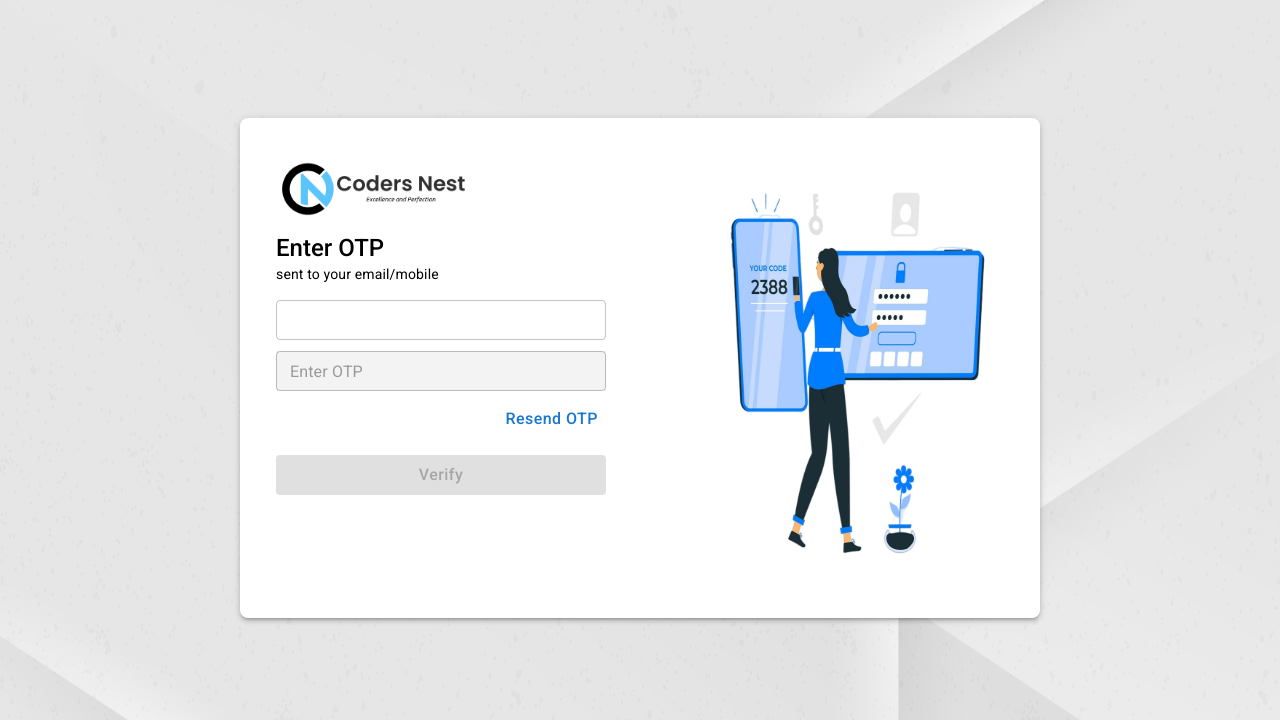
Repository: wajahadalishaik04/CN_Books
Page: /otpscreen
An editor plug-in stored every save of this project. The page is shown before and after the next save, followed by the edit.
The browser window is 1280 px wide. The pictures show the whole page.
The project was rebuilt for these pictures with package versions that can differ from the ones it lists, and the page was loaded fresh each time. Also part of the build but not shown: vite.config.js, src/pages/LoginScreen.jsx, src/pages/Signin.jsx, src/pages/SignUp.jsx, src/pages/VerifyScreen.jsx, src/components/Header.jsx, src/components/SideBar.jsx, src/components/Content.jsx and 7 more.

Above is the page before, as saved 2024-09-30 17:09:36.

### index.html
<!DOCTYPE html>
<html lang="en">
  <head>
    <meta charset="UTF-8" />
    <link rel="preconnect" href="https://fonts.googleapis.com" />
    <link rel="preconnect" href="https://fonts.gstatic.com" crossorigin />
    <link
      rel="stylesheet"
      href="https://fonts.googleapis.com/css2?family=Roboto:wght@300;400;500;700&display=swap"
    />

    <meta name="viewport" content="width=device-width, initial-scale=1.0" />
    <title>CN_BOOKS</title>
  </head>
  <body>

    <div id="root"></div>
    <script type="module" src="/src/main.jsx"></script>
  </body>
</html>

### src/main.jsx
import { createRoot } from 'react-dom/client'
import App from './App.jsx'
import { Provider } from 'react-redux'
import store from './store/store.js'
import './styles/index.css'
createRoot(document.getElementById('root')).render(
 <Provider store={store}>
   <App />
 </Provider>
)

### src/App.jsx
import React from "react";
import LoginScreen from "./pages/LoginScreen";
import { BrowserRouter, Routes, Route, Navigate } from "react-router-dom";
import Signin from "./pages/Signin";
import { useSelector } from "react-redux";
import OtpScreen from "./pages/OtpScreen";
import SignUp from "./pages/SignUp";
import VerifyScreen from "./pages/VerifyScreen";
import DashboardScreen from "./pages/DashboardScreen";
import SideBar from "./components/SideBar";
import Header from "./components/Header";
import Customer from "./pages/Customer";
import WrapComponent from "./pages/WrapComponent";
import Category from "./pages/Category";
import NewCustomer from "./pages/customerscreens/NewCustomer";

const App = () => {
  const { user } = useSelector((e) => e.userReducer);
  return (
    <>
      <BrowserRouter>
        <Routes>
          <Route element={<WrapComponent />}>
            <Route path="/dashboardscreen" element={<DashboardScreen />} />
            <Route path="/customer" element={<Customer />} />
            <Route path="/category" element={<Category />} />
            <Route path="/newcustomer" element={<NewCustomer />} />

          </Route>
          <Route
            path="/"
            element={<Navigate to={user ? "/signin" : "/LoginScreen"} />}
          />
          <Route
            path="/signin"
            element={user ? <Navigate to={"/dashboardscreen"} /> : <Signin />}
          />
          <Route path="/loginscreen" element={<LoginScreen />} />
          <Route path="/otpscreen" element={<OtpScreen />} />
          <Route path="/signup" element={<SignUp />} />
          <Route path="/verifyscreen" element={<VerifyScreen />} />
        </Routes>
      </BrowserRouter>
    </>
  );
};

export default App;

### src/store/store.js
import { configureStore } from "@reduxjs/toolkit";
import { userReducer } from "./reducer";

const store = configureStore({
    reducer:{userReducer}
})
export default store;

### src/styles/index.css
*
{
    margin: 0;
    padding: 0;
    border: none;

}
.img
{
    background-color: red;
    background-clip: content-box;
    -webkit-background-clip: content-box;
    visibility: hidden;
}

### src/pages/OtpScreen.jsx
import React, { useState, useEffect } from "react";
import {
  Box,
  Button,
  TextField,
  Typography,
  Snackbar,
  Alert,
  styled,
} from "@mui/material";
import { images } from "../utils/ImgUtils";
import { useLocation, useNavigate } from "react-router-dom";

const OtpScreen = () => {
  const [otp, setOtp] = useState(""); // Store entered OTP
  const [sentOtp, setSentOtp] = useState(""); // Store generated OTP
  const [error, setError] = useState(""); // Store error messages
  const [resendDisabled, setResendDisabled] = useState(false); // Timer control for Resend OTP button
  const [snackbarOpen, setSnackbarOpen] = useState(false); // Snackbar control
  const [snackbarMessage, setSnackbarMessage] = useState(""); // Snackbar message
  const [timer, setTimer] = useState(0); // Timer state for Resend button

  const navigate = useNavigate();
  const location = useLocation();
  const { emailMobile } = location.state || {};

  // Styled Resend Button
  const ResendOtp = styled(Button)({
    textTransform: "none",
    fontSize: "1rem",
  });

  // Function to generate OTP
  const generateOtp = () => {
    const randomOtp = Math.floor(100000 + Math.random() * 900000).toString(); // Generate a 6-digit OTP
    setSentOtp(randomOtp); // Store the OTP
    return randomOtp;
  };

  // Function to show snackbar
  const handleSnackbarOpen = (message) => {
    setSnackbarMessage(message);
    setSnackbarOpen(true);
  };

  const handleSnackbarClose = () => {
    setSnackbarOpen(false);
  };

  // Function to send OTP (called on "Sent" button click)
  const sendOtp = () => {
    const otp = generateOtp(); // Generate OTP locally
    handleSnackbarOpen(`OTP: ${otp}`); // Show OTP in snackbar
  };

  // Resend OTP with 30-second timer
  const handleResendOtp = () => {
    sendOtp(); // Generate and display the OTP
    setResendDisabled(true);
    setTimer(30); // Set the countdown timer to 30 seconds
  };

  // Timer countdown for the Resend button
  useEffect(() => {
    if (timer > 0) {
      const countdown = setInterval(() => {
        setTimer((prev) => prev - 1);
      }, 1000);

      return () => clearInterval(countdown);
    } else {
      setResendDisabled(false); // Enable the Resend button after timer ends
    }
  }, [timer]);

  // Handle OTP submission and verification
  const handleSubmit = () => {
    if (otp === sentOtp) {
      navigate("/dashboardscreen"); // Navigate to the next screen
    } else {
      setError("Invalid OTP. Please try again.");
    }
  };

  // Check if the OTP input is filled (6 characters long)
  const isOtpFilled = otp.length === 6;

  return (
    <Box
      display="flex"
      justifyContent="center"
      alignItems="center"
      width="100%"
      height="100vh"
      sx={{ backgroundImage: "url(/images/BackgroundImg.jpeg)" }}
    >
      <Box
        display="flex"
        bgcolor="#fff"
        boxShadow={3}
        marginTop={2}
        borderRadius="8px"
        overflow="hidden"
        width="800px"
        height="500px"
      >
        {/* Left Side - OTP Form */}
        <Box flex={1} p={4.5} mt={1} component={"form"}>
          <Box flex={1} sx={{ width: "330px" }}>
            <Box display="flex" justifyContent="space-between" alignItems="center">
              <img src={images.codersnestLogo} alt="Logo" style={{ width: 200 }} />
            </Box>
            <Typography variant="h5" fontWeight={500} mt={2}>
              Enter OTP
            </Typography>
            <Typography variant="body2" color="default" mb={2}>
              sent to your email/mobile
            </Typography>

            <TextField
              sx={{ marginBottom: 1.4 }}
              size="small"
              fullWidth
              defaultValue={emailMobile}
              InputProps={{ readOnly: true }} // Read-only input for email/mobile
            />

            <TextField
              size="small"
              type="text"
              placeholder="Enter OTP"
              fullWidth
              value={otp}
              onChange={(e) => setOtp(e.target.value)}
              sx={{
                fontWeight: "500",
                backgroundColor: "#F3F3F3",
                "&:hover": {
                  backgroundColor: "#FFF",
                },
                "& .MuiOutlinedInput-root": {
                  "&.Mui-focused": {
                    backgroundColor: "#EBF9FF",
                    borderColor: "#5BC4FA",
                  },
                },
              }}
            />
            {error && <Typography color="red">{error}</Typography>}

            {/* Resend OTP button with timer */}
            <Box sx={{ display: "flex", justifyContent: "flex-end", mt: 1 }}>
              <ResendOtp onClick={handleResendOtp} disabled={resendDisabled}>
                Resend OTP {resendDisabled && `(${timer}s)`}
              </ResendOtp>
            </Box>

            {/* Verify Button, enabled only when OTP is filled */}
            <Button
              onClick={handleSubmit}
              variant="contained"
              fullWidth
              sx={{
                backgroundColor: isOtpFilled ? "#5BC4FA" : "#E0E0E0",
                mt: 2,
                textTransform: "none",
                fontSize: "1rem",
              }}
              disabled={!isOtpFilled} // Disable button until OTP is filled
            >
              Verify
            </Button>

            {/* Snackbar for OTP display */}
            <Snackbar
              open={snackbarOpen}
              autoHideDuration={3000}
              onClose={handleSnackbarClose}
              anchorOrigin={{ vertical: "top", horizontal: "center" }}
            >
              <Alert onClose={handleSnackbarClose} severity="info" sx={{ width: "100%" }}>
                {snackbarMessage}
              </Alert>
            </Snackbar>
          </Box>
        </Box>

        {/* Right Side - Illustration Image */}
        <Box
          flex={1}
          display="flex"
          justifyContent="center"
          alignItems="center"
          sx={{ display: { xs: "none", sm: "flex" } }}
        >
          <img src={images.otpImg} alt="Illustration" width="100%" height="100%" objectFit />
        </Box>
      </Box>
    </Box>
  );
};

export default OtpScreen;

### src/store/reducer.js
import { createReducer } from "@reduxjs/toolkit";

export const userReducer = createReducer({user:null},(builder)=>
{
    builder.addCase("loginUser",(state,action)=>
    {
        state.user = action.payload
    })
})

### src/utils/ImgUtils.js
export const images ={
    backgroundImg:"./images/BackgroundImg.jpeg",
    codersnest:"./images/codersnest.png",
    codersnestLogo:"./images/codersnest1.png",
    loginImg:"./images/login_illustration.png",
    otpImg:"./images/otpImg.png",
    signupImg:"./images/signup.png",
    googleicon:"./images/google-color-icon.png",
    facebookicon:"./images/facebook-round-color-icon.png",
    linkedinicon:"./images/linkedin-app-icon.png",
    xicon:"./images/x-social-media-round-icon.png",
    officemanImg:"./images/officeman.png",
    appleicon:"./images/apple.png",
    windowsicon:"./images/windows.png",
    Arrowdownicon:"./images/Arrowdown.png",
    Customericon:"./images/Customer.png",
    Addressicon:"./images/Address.png",
    Passwordicon:"./images/Password.png",
    Accounticon:"./images/Account.png",
    Logouticon:"./images/Logout.png",
    dashboardwhiteicon:"./images/DashboardWhiteIcon.png",
    dashboardicon:"./images/DashboardIcon.png",
    groupcustomericon:"./images/GroupCustomerIcon.png",
    groupcustomerwhiteicon:"./images/GroupCustomerWhiteIcon.png",
    categoryicon:"./images/categoryicon.png",
    categorywhiteicon:"./images/CategoryWhiteIcon.png",
    editicon:"./images/EditIcon.png",
    binicon:"./images/EditIcon.png",
    editicon:"./images/BinIcon.png",
    hiddenicon:"./images/HiddenIcon.png",
    verticaldoticon:"./images/VerticalDots.png",
    dollararrowicon:"./images/dollarArrow.png",
    doticon:"./images/dotIcon.png"
}

After the next save:
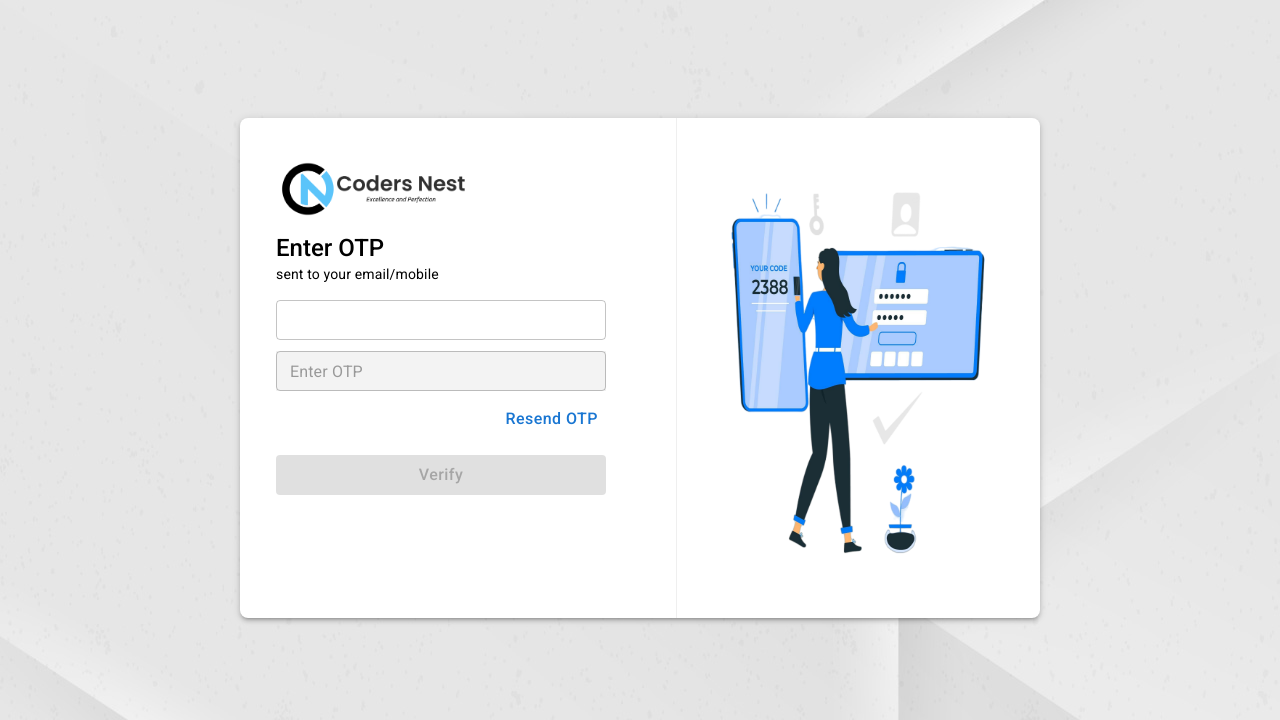
Saved 13 min 41 s later.
--- a/src/pages/OtpScreen.jsx
+++ b/src/pages/OtpScreen.jsx
@@ -184,6 +184,8 @@ const OtpScreen = () => {
             </Snackbar>
           </Box>
         </Box>
+        <Box sx={{ borderRight: "1.5px solid #EFEFEF" }}></Box>
+
 
         {/* Right Side - Illustration Image */}
         <Box
